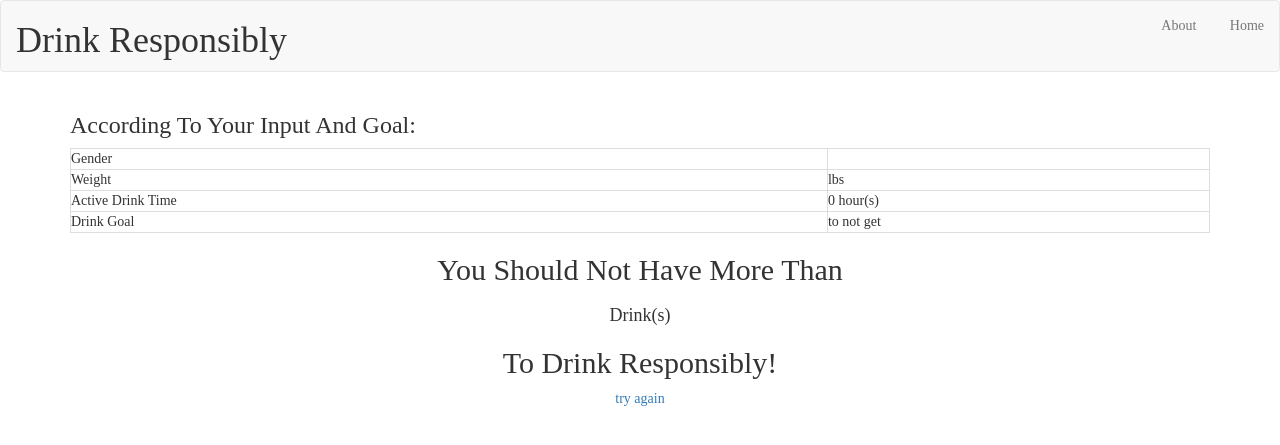
Repository: NatNat180/DrinkResponsibly
Page: http://localhost/DrinkResponsibly/calculate-drink-amount
The author's editor kept a copy of each file at every save. The page is drawn from the files as they stood at one save, then again after the next save.
The browser window is 1280 px wide. The pictures show the whole page.
Some web fonts or font styles are not loaded; a fallback is used. The page is served by Tomcat 9. Other server files are loaded and not shown.

Above is the page before, as saved 2016-04-07 16:33:55.

### DrinkResponsibly/WebContent/WEB-INF/results.jsp
<%@ page language="java" contentType="text/html; charset=UTF-8"
    pageEncoding="ISO-8859-1"%>
<%@ taglib prefix="c" uri="http://java.sun.com/jsp/jstl/core" %>
<!DOCTYPE html>
<html lang="eng">
<head>
<meta http-equiv="Content-Type" content="text/html; charset=UTF-8">
<link rel="stylesheet" type="text/css" href="bootstrap/css/bootstrap.css"/>
<link rel="stylesheet" type="text/css" href="css/style.css"/>
<title>Drink Responsibly - Your Results</title>
</head>
<body>
<c:import url="/WEB-INF/navigation.html"/>
<section class="container">

<h3>According To Your Input And Goal:</h3>
<table class="table-bordered" style="width: 100%;">
<tr>
	<td>Gender</td>
	<td><c:out value="${gender}"></c:out></td>
</tr>
<tr>
	<td>Weight</td>
	<td><c:out value="${weight} lbs"></c:out></td>
</tr>
<tr>
	<td>Active Drink Time</td>
	<td><c:out value="${drink-time} hour(s)"></c:out></td>
</tr>
<tr>
	<td>Drink Goal</td>
	<td>to not get <c:out value="${goal}"></c:out></td>
</tr>
</table>

<div class="center-text">
<h2>You Should Not Have More Than</h2>
<h1 style="font-family: 'Bitter', serif;"><c:out value="${drinks}"></c:out></h1>
<h4>Drink(s)</h4>
<h2>To Drink Responsibly!</h2>
<a href="form">try again</a>
</div>

</section>
</body>
</html>

### DrinkResponsibly/WebContent/WEB-INF/navigation.html
<nav class="navbar navbar-default" role="navigation">
	<div class="container-fluid">
		<div class="navbar-header">
		  <h1  class="nav-title">Drink Responsibly</h1>
		</div>
		<ul class="nav navbar-nav navbar-right">
			<li id="right"><a href="">&nbsp;About</a>
			<li id="right"><a href="form">&nbsp;Home</a>
		</ul>
	</div>
	</nav>
	<!--<nav class="nav-tabs" role="navigation">
	<h1  class="nav-title">Drink Responsibly</h1>
		<ul class="nav navbar-nav navbar-right">
			<li id="right"><a href="">&nbsp;About</a>
			<li id="right"><a href="form">&nbsp;Home</a>
		</ul>
	</nav>-->

### DrinkResponsibly/src/com/application/CalculateDrinkAmount.java
package com.application;

import java.io.IOException;
//import java.io.PrintWriter;

import javax.servlet.ServletException;
import javax.servlet.annotation.WebServlet;
import javax.servlet.http.HttpServlet;
import javax.servlet.http.HttpServletRequest;
import javax.servlet.http.HttpServletResponse;

@WebServlet("/calculate-drink-amount")
public class CalculateDrinkAmount extends HttpServlet {
	private static final long serialVersionUID = 1L;

	//make class variables
	double initialBAC;
	double expendableBAC = 0.015;
	double finalBAC;
	int drinks;

    public CalculateDrinkAmount() {
        super();

    }

	protected void doGet(HttpServletRequest request, HttpServletResponse response) throws ServletException, IOException {

		request.getServletContext().getRequestDispatcher("/WEB-INF/results.jsp").forward(request, response);
	}

	protected void doPost(HttpServletRequest request, HttpServletResponse response) throws ServletException, IOException {

		//response.setContentType("text/html");
		//PrintWriter out = response.getWriter();

		//Retrieve values from form
		String gender = request.getParameter("gender");
		String weight = request.getParameter("weight");
		String drinkTime = request.getParameter("drink-time");
		String goal = request.getParameter("goal");
		String unit = request.getParameter("unit");

		//Parse int the weight and drinkTime so that they are no longer strings and can be manipulated
		int weightNum = Integer.parseInt(weight);
		int drinkTimeNum = Integer.parseInt(drinkTime);

		//convert from kg to lbs if kg was used
		if(unit.equals("kg")){
			weightNum *= 2.2046;
		}

		//Enable them to be printed out in a JSP
		request.setAttribute("gender", gender);
		request.setAttribute("weight", weightNum);
		request.setAttribute("drink-time", drinkTime);
		request.setAttribute("goal", goal);

		//Set initial drink amount
		//If the person plans on drinking for at least an hour or more, set the initial drink amount to the total hours they plan on drinking
		//Otherwise, set the initial drink amount to zero
		if(drinkTimeNum >= 1){
			drinks = drinkTimeNum;
		} else {
			drinks = 0;
		}

		//Calculate initial BAC levels based on gender and weight
		if(gender.equals("male")){

			if(weightNum <= 100){

				initialBAC = 0.0435;

			} else if(weightNum > 100 && weightNum < 125){

				double base = 0.0435;
				double rate = 0.00036 * 5;

				switch(weightNum){
				case 101:
				case 102:
				case 103:
				case 104:
					initialBAC = base;
					break;
				case 105:
				case 106:
				case 107:
				case 108:
				case 109:
					initialBAC = base - rate;
					break;
				case 110:
				case 111:
				case 112:
				case 113:
				case 114:
					initialBAC = base - (rate * 2);
					break;
				case 115:
				case 116:
				case 117:
				case 118:
				case 119:
					initialBAC = base - (rate * 3);
					break;
				case 120:
				case 121:
				case 122:
				case 123:
				case 124:
					initialBAC = base - (rate * 4);
					break;
				}

			} else if(weightNum >= 125 && weightNum < 150){

				double base = 0.0345;
				double rate = 0.0002 * 5;

				switch(weightNum){
				case 125:
				case 126:
				case 127:
				case 128:
				case 129:
					initialBAC = base;
					break;
				case 130:
				case 131:
				case 132:
				case 133:
				case 134:
					initialBAC = base - rate;
					break;
				case 135:
				case 136:
				case 137:
				case 138:
				case 139:
					initialBAC = base - (rate * 2);
					break;
				case 140:
				case 141:
				case 142:
				case 143:
				case 144:
					initialBAC = base - (rate * 3);
					break;
				case 145:
				case 146:
				case 147:
				case 148:
				case 149:
					initialBAC = base - (rate * 4);
					break;
				}

			} else if(weightNum >= 150 && weightNum < 175){

				double base = 0.0295;
				double rate = 0.00016 * 5;

				switch(weightNum){
				case 150:
				case 151:
				case 152:
				case 153:
				case 154:
					initialBAC = base;
					break;
				case 155:
				case 156:
				case 157:
				case 158:
				case 159:
					initialBAC = base - rate;
					break;
				case 160:
				case 161:
				case 162:
				case 163:
				case 164:
					initialBAC = base - (rate * 2);
					break;
				case 165:
				case 166:
				case 167:
				case 168:
				case 169:
					initialBAC = base - (rate * 3);
					break;
				case 170:
				case 171:
				case 172:
				case 173:
				case 174:
					initialBAC = base - (rate * 4);
					break;
				}

			} else if(weightNum >= 175 && weightNum < 200){

				double base = 0.0255;
				double rate = 0.00012 * 5;

				switch(weightNum){
				case 175:
				case 176:
				case 177:
				case 178:
				case 179:
					initialBAC = base;
					break;
				case 180:
				case 181:
				case 182:
				case 183:
				case 184:
					initialBAC = base - rate;
					break;
				case 185:
				case 186:
				case 187:
				case 188:
				case 189:
					initialBAC = base - (rate * 2);
					break;
				case 190:
				case 191:
				case 192:
				case 193:
				case 194:
					initialBAC = base - (rate * 3);
					break;
				case 195:
				case 196:
				case 197:
				case 198:
				case 199:
					initialBAC = base - (rate * 4);
					break;
				}

			} else if(weightNum >= 200 && weightNum < 225){

				double base = 0.0225;
				double rate = 0.00012 * 5;

				switch(weightNum){
				case 200:
				case 201:
				case 202:
				case 203:
				case 204:
					initialBAC = base;
					break;
				case 205:
				case 206:
				case 207:
				case 208:
				case 209:
					initialBAC = base - rate;
					break;
				case 210:
				case 211:
				case 212:
				case 213:
				case 214:
					initialBAC = base - (rate * 2);
					break;
				case 215:
				case 216:
				case 217:
				case 218:
				case 219:
					initialBAC = base - (rate * 3);
					break;
				case 220:
				case 221:
				case 222:
				case 223:
				case 224:
					initialBAC = base - (rate * 4);
					break;
				}

			} else if(weightNum >= 225 && weightNum < 250){

				double base = 0.0195;
				double rate = 0.00008 * 5;

				switch(weightNum){
				case 225:
				case 226:
				case 227:
				case 228:
				case 229:
					initialBAC = base;
					break;
				case 230:
				case 231:
				case 232:
				case 233:
				case 234:
					initialBAC = base - rate;
					break;
				case 235:
				case 236:
				case 237:
				case 238:
				case 239:
					initialBAC = base - (rate * 2);
					break;
				case 240:
				case 241:
				case 242:
				case 243:
				case 244:
					initialBAC = base - (rate * 3);
					break;
				case 245:
				case 246:
				case 247:
				case 248:
				case 249:
					initialBAC = base - (rate * 4);
					break;
				}

			} else if(weightNum >= 250 && weightNum < 275){

				double base = 0.0175;
				double rate = 0.00008 * 5;

				switch(weightNum){
				case 250:
				case 251:
				case 252:
				case 253:
				case 254:
					initialBAC = base;
					break;
				case 255:
				case 256:
				case 257:
				case 258:
				case 259:
					initialBAC = base - rate;
					break;
				case 260:
				case 261:
				case 262:
				case 263:
				case 264:
					initialBAC = base - (rate * 2);
					break;
				case 265:
				case 266:
				case 267:
				case 268:
				case 269:
					initialBAC = base - (rate * 3);
					break;
				case 270:
				case 271:
				case 272:
				case 273:
				case 274:
					initialBAC = base - (rate * 4);
					break;
				}

			} else {

				double base = 0.0175;
				double rate = 0.00008 * 5;

				initialBAC = base - (rate * 5);
			}

		} else { //for females

			if(weightNum <= 100){

				initialBAC = 0.0505;

			} else if(weightNum > 100 && weightNum < 125){

				double base = 0.0505;
				double rate = 0.0004 * 5;

				switch(weightNum){
				case 101:
				case 102:
				case 103:
				case 104:
					initialBAC = base;
					break;
				case 105:
				case 106:
				case 107:
				case 108:
				case 109:
					initialBAC = base - rate;
					break;
				case 110:
				case 111:
				case 112:
				case 113:
				case 114:
					initialBAC = base - (rate * 2);
					break;
				case 115:
				case 116:
				case 117:
				case 118:
				case 119:
					initialBAC = base - (rate * 3);
					break;
				case 120:
				case 121:
				case 122:
				case 123:
				case 124:
					initialBAC = base - (rate * 4);
					break;
				}

			} else if(weightNum >= 125 && weightNum < 150){

				double base = 0.0405;
				double rate = 0.00024 * 5;

				switch(weightNum){
				case 125:
				case 126:
				case 127:
				case 128:
				case 129:
					initialBAC = base;
					break;
				case 130:
				case 131:
				case 132:
				case 133:
				case 134:
					initialBAC = base - rate;
					break;
				case 135:
				case 136:
				case 137:
				case 138:
				case 139:
					initialBAC = base - (rate * 2);
					break;
				case 140:
				case 141:
				case 142:
				case 143:
				case 144:
					initialBAC = base - (rate * 3);
					break;
				case 145:
				case 146:
				case 147:
				case 148:
				case 149:
					initialBAC = base - (rate * 4);
					break;
				}

			} else if(weightNum >= 150 && weightNum < 175){

				double base = 0.0345;
				double rate = 0.0002 * 5;

				switch(weightNum){
				case 150:
				case 151:
				case 152:
				case 153:
				case 154:
					initialBAC = base;
					break;
				case 155:
				case 156:
				case 157:
				case 158:
				case 159:
					initialBAC = base - rate;
					break;
				case 160:
				case 161:
				case 162:
				case 163:
				case 164:
					initialBAC = base - (rate * 2);
					break;
				case 165:
				case 166:
				case 167:
				case 168:
				case 169:
					initialBAC = base - (rate * 3);
					break;
				case 170:
				case 171:
				case 172:
				case 173:
				case 174:
					initialBAC = base - (rate * 4);
					break;
				}

			} else if(weightNum >= 175 && weightNum < 200){

				double base = 0.0295;
				double rate = 0.00012 * 5;

				switch(weightNum){
				case 175:
				case 176:
				case 177:
				case 178:
				case 179:
					initialBAC = base;
					break;
				case 180:
				case 181:
				case 182:
				case 183:
				case 184:
					initialBAC = base - rate;
					break;
				case 185:
				case 186:
				case 187:
				case 188:
				case 189:
					initialBAC = base - (rate * 2);
					break;
				case 190:
				case 191:
				case 192:
				case 193:
				case 194:
					initialBAC = base - (rate * 3);
					break;
				case 195:
				case 196:
				case 197:
				case 198:
				case 199:
					initialBAC = base - (rate * 4);
					break;
				}

			} else if(weightNum >= 200 && weightNum < 225){

				double base = 0.0265;
				double rate = 0.00016 * 5;

				switch(weightNum){
				case 200:
				case 201:
				case 202:
				case 203:
				case 204:
					initialBAC = base;
					break;
				case 205:
				case 206:
				case 207:
				case 208:
				case 209:
					initialBAC = base - rate;
					break;
				case 210:
				case 211:
				case 212:
				case 213:
				case 214:
					initialBAC = base - (rate * 2);
					break;
				case 215:
				case 216:
				case 217:
				case 218:
				case 219:
					initialBAC = base - (rate * 3);
					break;
				case 220:
				case 221:
				case 222:
				case 223:
				case 224:
					initialBAC = base - (rate * 4);
					break;
				}

			} else if(weightNum >= 225 && weightNum < 250){

				double base = 0.0225;
				double rate = 0.00008 * 5;

				switch(weightNum){
				case 225:
				case 226:
				case 227:
				case 228:
				case 229:
					initialBAC = base;
					break;
				case 230:
				case 231:
				case 232:
				case 233:
				case 234:
					initialBAC = base - rate;
					break;
				case 235:
				case 236:
				case 237:
				case 238:
				case 239:
					initialBAC = base - (rate * 2);
					break;
				case 240:
				case 241:
				case 242:
				case 243:
				case 244:
					initialBAC = base - (rate * 3);
					break;
				case 245:
				case 246:
				case 247:
				case 248:
				case 249:
					initialBAC = base - (rate * 4);
					break;
				}

			} else if(weightNum >= 250 && weightNum < 275){

				double base = 0.0205;
				double rate = 0.00008 * 5;

				switch(weightNum){
				case 250:
				case 251:
				case 252:
				case 253:
				case 254:
					initialBAC = base;
					break;
				case 255:
				case 256:
				case 257:
				case 258:
				case 259:
					initialBAC = base - rate;
					break;
				case 260:
				case 261:
				case 262:
				case 263:
				case 264:
					initialBAC = base - (rate * 2);
					break;
				case 265:
				case 266:
				case 267:
				case 268:
				case 269:
					initialBAC = base - (rate * 3);
					break;
				case 270:
				case 271:
				case 272:
				case 273:
				case 274:
					initialBAC = base - (rate * 4);
					break;
				}

			} else {

				double base = 0.0205;
				double rate = 0.00008 * 5;

				initialBAC = base - (rate * 5);
			}

		}

		//determine finalBAC
		//if the drink time is less than an hour, their initialBAC (after one drink) is also their final BAC
		//if they plan to drink for more than an hour, their initialBAC wears off with each hour
		if(drinkTimeNum < 1){
			finalBAC = initialBAC;
		} else {
			finalBAC = ((initialBAC - expendableBAC) * drinkTimeNum) + initialBAC;
		}

		//calculate alloted drink amount based on BAC level
		// create a new variable which will start the same as the final blood alcohol level
		// this new variable keeps changing, but we need the initial finalBAC variable to
		// remain the same so it can keep adding to the new variable
		double BAC = finalBAC;

		// Set message if goal is to not get drunk
		if(goal.equals("drunk")){
			//Allow for drinks so long as it does not surpass limit.
			if(finalBAC > 0.05){
				drinks -= 1;
			} else {
				while(BAC < 0.04){
					BAC += initialBAC;
					drinks += 1;
				}
				// don't risk getting past the drunk limit - but if it's been an hour, your BAC lowers
			}

			if(drinks < 0){
				drinks = 0;
			}
		}

		// Set message if goal is to not get sick
		else if(goal.equals("sick")){
			//Allow for drinks so long as it does not surpass limit.
			if(finalBAC > 0.16){
				drinks -= 1;
			} else {
				while(BAC < 0.16){
					BAC += initialBAC;
					drinks += 1;
				}
			}

			if(drinks < 0){

				drinks = 0;
			}
		}

		//Make drinks into a String
		String drinkAmount = Integer.toString(drinks);
		//create a session attribute for drinks
		request.setAttribute("drinks", drinkAmount);

		String initial = Double.toString(initialBAC);
		request.setAttribute("initial", initial);

		String end = Double.toString(finalBAC);
		request.setAttribute("final", end);

		request.setAttribute("yes", BAC);

		doGet(request, response);
	}

}

### DrinkResponsibly/WebContent/css/style.css
@import url(https://fonts.googleapis.com/css?family=Fjalla+One|Poiret+One|Bitter|Arvo|Amatic+SC:400,700);

/*
font-family: 'Fjalla One', sans-serif;
font-family: 'Poiret One', cursive;
font-family: 'Bitter', serif;
font-family: 'Arvo', serif;
font-family: 'Amatic SC', cursive;
*/

h1 {font-family: 'Poiret One', cursive;}
body {font-family: 'Arvo', serif;}
.center-text {text-align:center;}

a:hover{
	text-decoration: none;
}

form p {
	margin-top: 5px;
	margin-bottom: 5px;
}

Loaded but not shown: DrinkResponsibly/WebContent/bootstrap/css/bootstrap.css (library)

After the next save:
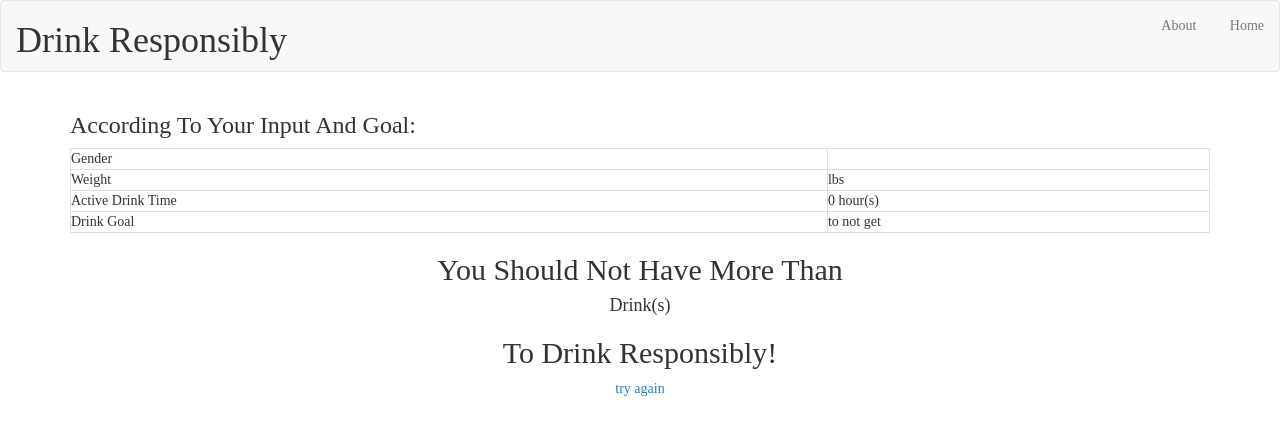
Saved 33 s later.
--- a/DrinkResponsibly/WebContent/WEB-INF/results.jsp
+++ b/DrinkResponsibly/WebContent/WEB-INF/results.jsp
@@ -35,7 +35,7 @@
 
 <div class="center-text">
 <h2>You Should Not Have More Than</h2>
-<h1 style="font-family: 'Bitter', serif;"><c:out value="${drinks}"></c:out></h1>
+<h1 class="label label-primary" style="font-family: 'Bitter', serif;"><c:out value="${drinks}"></c:out></h1>
 <h4>Drink(s)</h4>
 <h2>To Drink Responsibly!</h2>
 <a href="form">try again</a>

After the 2 saves that followed:
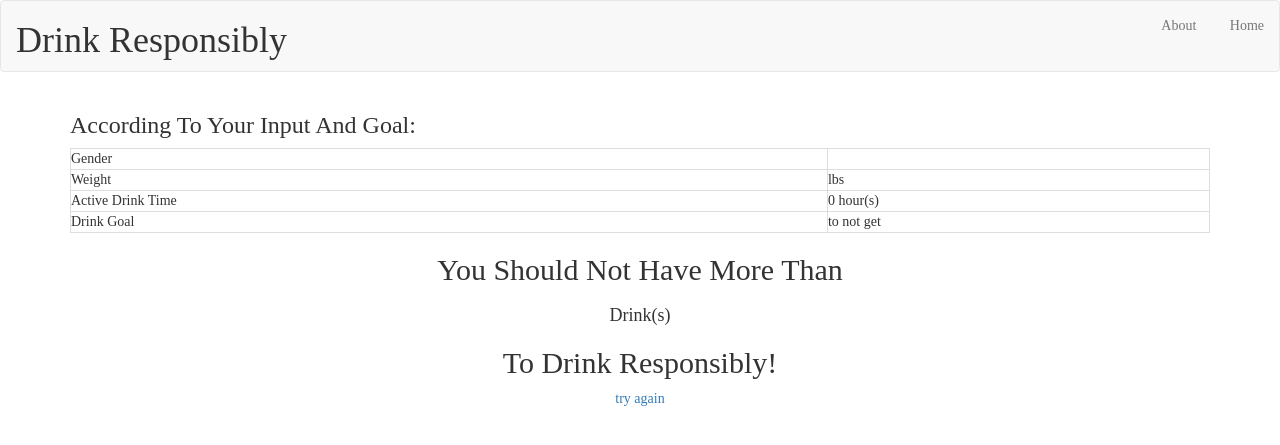
The 2 saves are shown as one change because 1 left the picture as it was.
The last was saved 95 s later.
--- a/DrinkResponsibly/WebContent/WEB-INF/results.jsp
+++ b/DrinkResponsibly/WebContent/WEB-INF/results.jsp
@@ -35,7 +35,7 @@
 
 <div class="center-text">
 <h2>You Should Not Have More Than</h2>
-<h1 class="label label-primary" style="font-family: 'Bitter', serif;"><c:out value="${drinks}"></c:out></h1>
+<h1 style="font-family: 'Bitter', serif; font-size: 36;"><span class="label label-primary"><c:out value="${drinks}"></c:out></span></h1>
 <h4>Drink(s)</h4>
 <h2>To Drink Responsibly!</h2>
 <a href="form">try again</a>
